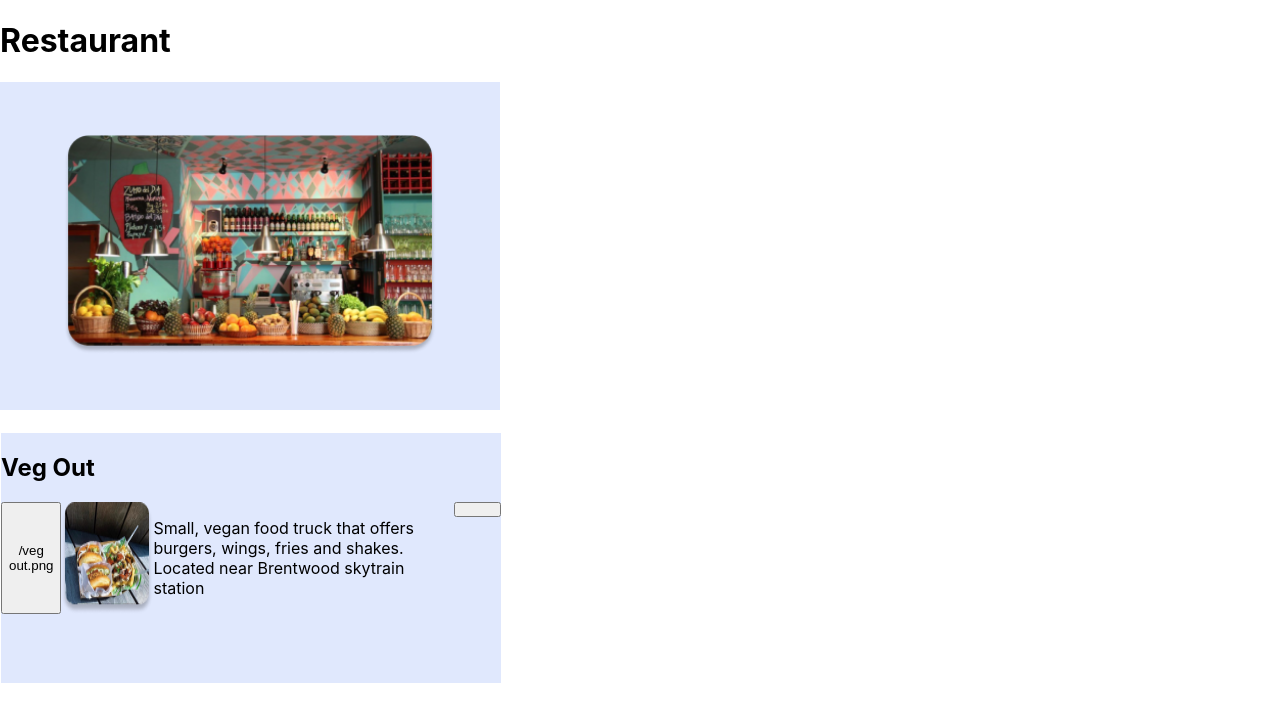
Repository: Kinakopan/design_mindfulEating_site
Page: /restaurant (app in firstapp/)
An editor plug-in stored every save of this project. The page is shown before and after the next save, followed by the edit.
The browser window is 1280 px wide. The pictures show the whole page.
The project was rebuilt for these pictures with package versions that can differ from the ones it lists, and the page was loaded fresh each time. The framework's server and built-in components were replaced by stand-ins that run in the browser. Also part of the build but not shown: firstapp/next.config.js.

Above is the page before, as saved 2022-04-20 16:12:19.

### firstapp/pages/restaurant.js
import ImgCard from "../comps/ImgCard";
import RestaurantCard from "../comps/RestaurantCard";
import ReCont from "../comps/RestaurantCard";
import ReImg from "../comps/RestaurantCard";
import Starts from "../comps/RestaurantCard";


export default function Restaurant(){

    return (
    <div>
        <h1>Restaurant</h1>

        <ImgCard
        img="/restaurant.png"
        bg="#E0E8FD"/>


    <main>
        <RestaurantCard>
        </RestaurantCard>



    </main>
    </div>

    )
}

### firstapp/comps/ImgCard.js
import { Children } from 'react';
import styled from 'styled-components';

const CardCont = styled.div`
    background-color: ${props=>props.cl};
    color: ${props=>props.text_cl};
    min-width: 375px;
    max-width: 500px;
    padding: 1em 3em 1em 3em;
    border-radius: ${props=>props.border_radius}
`;

const DispImage = styled.img`
    width: 100%;
    padding: 1em;
`;

const List = styled.div`
    text-align: right;
`;

export default function ImgCard({
    img="/food1.png",
    bg="#E0E8FD",
    tcl="#08213E",
    title="",
    txt="",
    bor="",
    n1,n2,n3,n4="",
    Children=null

}){

    return <CardCont cl={bg} text_cl={tcl} border_radius={bor}>
        <h1>{title}</h1>
        <DispImage src={img}/>
        <List>
            <h2>{n1}</h2>
            <h2>{n2}</h2>
            <h2>{n3}</h2>
            <h2>{n4}</h2>
        </List>
        <p>{txt}</p>
        {Children}

    </CardCont>
}

### firstapp/comps/RestaurantCard.js

import styled from 'styled-components';


const ReCont = styled.div`
background-color:${props=>props.cl};
width:500px;
align-items: center;
position: absolute;
height: 250px;
left: 1px;
top: 433px;
`
;

const ReImg = styled.img`
width:100px;
padding: 1 1 auto auto;
`;

const Text = styled.p`
top:20px;

`
;

const Starts = styled.button `
width:100px;
height:15px;
left:500px;
`

const ResItem = styled.div`
    display: flex;
`
;

const Title = styled.h2`

`
;


export default function RestaurantCard({
    img="/veg out.png",
    bg="#E0E8FD",
    h2="Veg Out",
    txt="Small, vegan food truck that offers burgers, wings, fries and shakes. Located near Brentwood skytrain station",


}){

    return <ReCont
    cl={bg} txt={txt}>
    <Title>{h2}</Title>

    <ResItem>
        <button img="/start rating.png">{img}</button>
        <ReImg src={img}></ReImg>
        <Text>{txt}</Text>
        <Starts img="/start rating.png"></Starts>

    </ResItem>
    </ReCont>
}


//export default function RestaurantCard(){
    //return(
   //     <img src="/veg out.png" />
   // )

//}

Loaded but not shown: firstapp/pages/_app.js (common file); firstapp/styles/globals.css (common file)

After the next save:
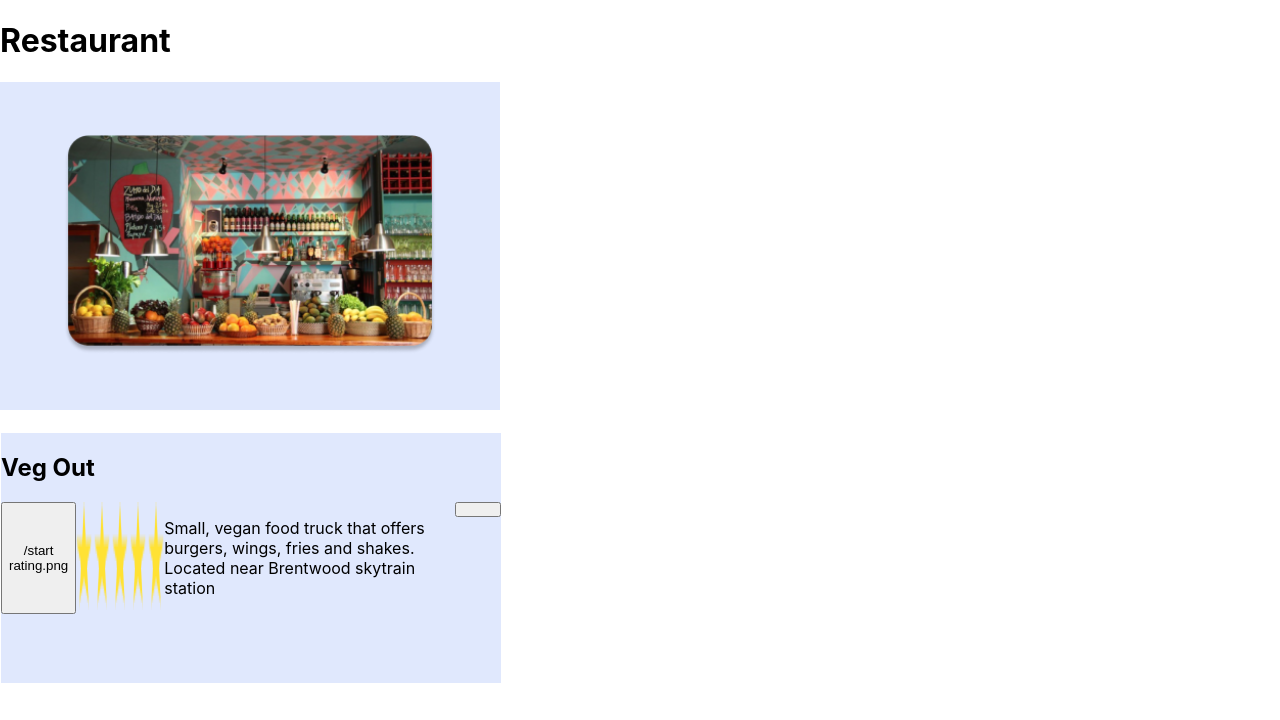
Saved 14 s later.
--- a/firstapp/comps/RestaurantCard.js
+++ b/firstapp/comps/RestaurantCard.js
@@ -55,7 +55,7 @@
     <Title>{h2}</Title>
 
     <ResItem>
-        <button img="/start rating.png">{img}</button>
+        <button img="/start rating.png">{img="/start rating.png"}</button>
         <ReImg src={img}></ReImg>
         <Text>{txt}</Text>
         <Starts img="/start rating.png"></Starts>

After the 2 saves that followed:
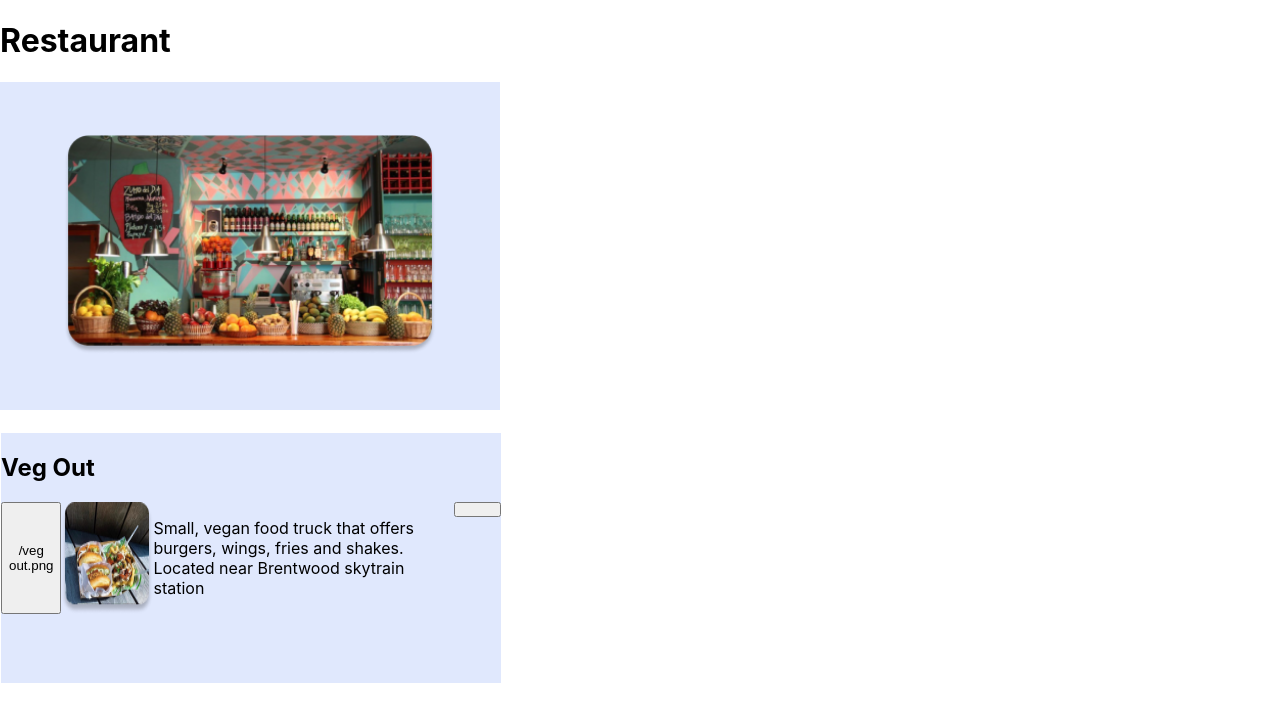
The 2 saves are shown as one change because they came seconds apart.
The last was saved 47 s later.
--- a/firstapp/comps/RestaurantCard.js
+++ b/firstapp/comps/RestaurantCard.js
@@ -55,7 +55,7 @@
     <Title>{h2}</Title>
 
     <ResItem>
-        <button img="/start rating.png">{img="/start rating.png"}</button>
+        <button img="/start rating.png">{img}</button>
         <ReImg src={img}></ReImg>
         <Text>{txt}</Text>
         <Starts img="/start rating.png"></Starts>
